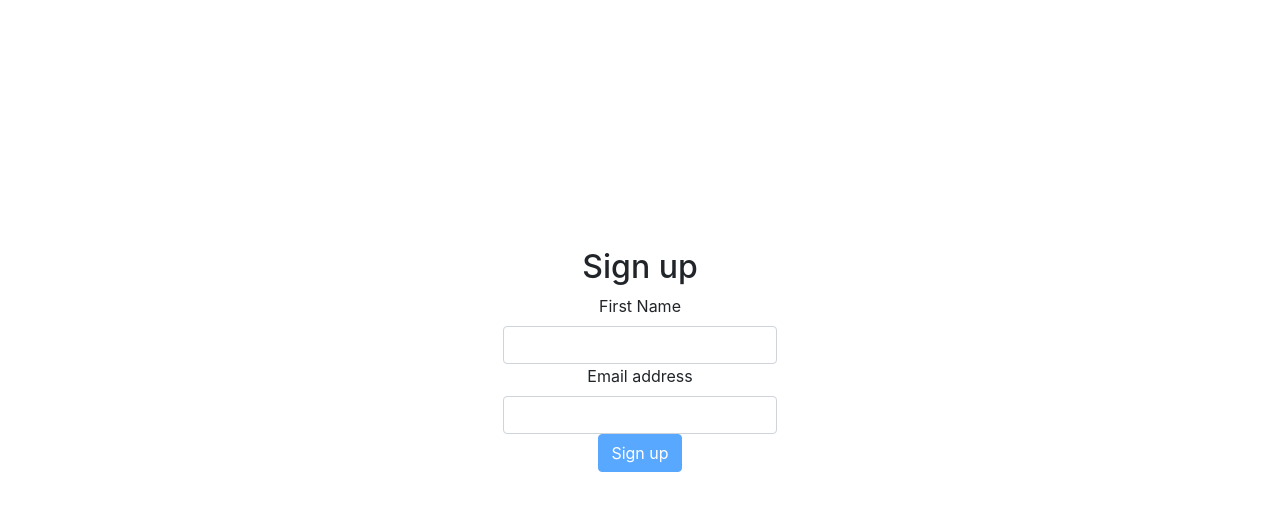
Repository: jklodge/react-form
Page: / (app in adzuna-form/)
These files come from the project's save history. The page is drawn as it stood at one moment and after the next save; the edit follows.
The browser window is 1280 px wide. The pictures show the whole page.
The project was rebuilt for these pictures with package versions that can differ from the ones it lists, and the page was loaded fresh each time.

Above is the page before, as saved 2020-01-08 22:47:47.

After the next save:
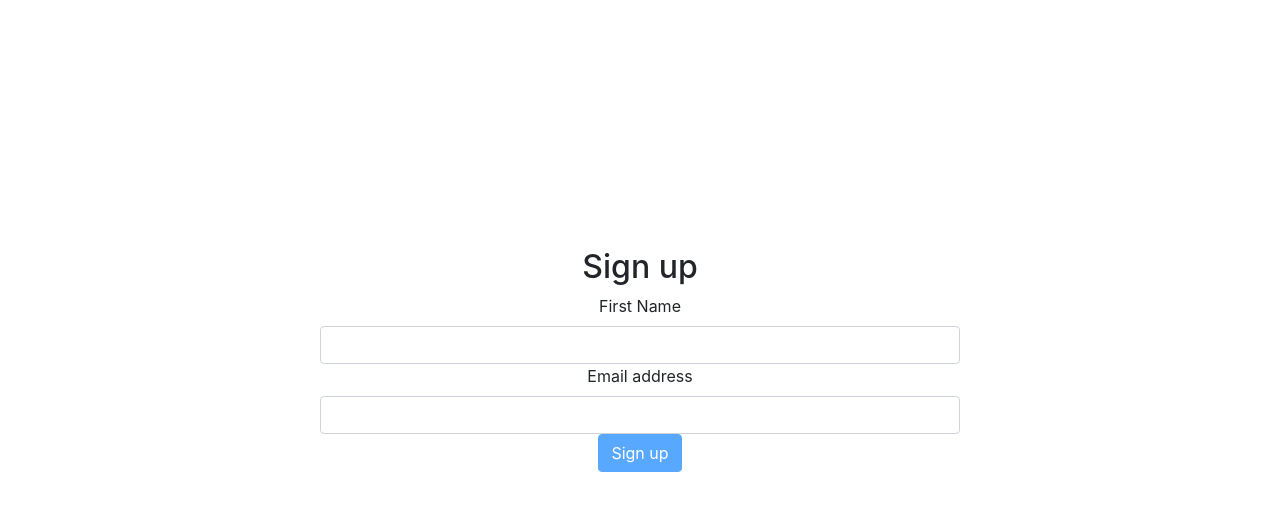
Saved 11 s later.
--- a/adzuna-form/src/Components/Form.scss
+++ b/adzuna-form/src/Components/Form.scss
@@ -3,4 +3,8 @@
   justify-content: center;
   align-items: center;
   height: 100vh;
+
+  .form-container {
+    width: 50%;
+  }
 }
